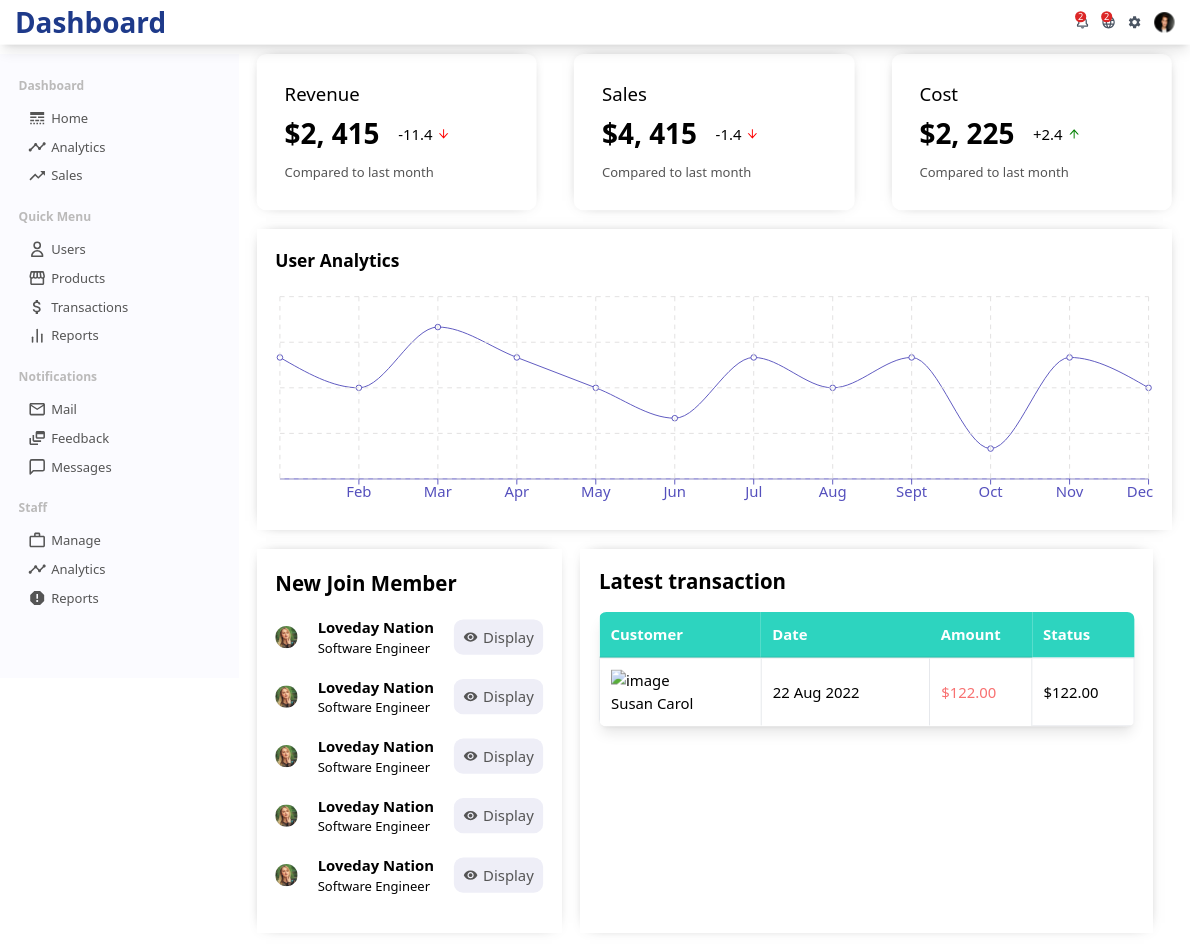
Repository: nation430/React-AdminDashboard
Page: /
These files come from the project's save history. The page is drawn as it stood at one moment and after the next save; the edit follows.
The browser window is 1280 px wide. The pictures show the whole page, at 93% of full size.
The project was rebuilt for these pictures with package versions that can differ from the ones it lists, and the page was loaded fresh each time.

Above is the page before, as saved 2022-08-22 13:59:26.

### public/index.html
<!DOCTYPE html>
<html lang="en">
  <head>
    <meta charset="utf-8" />
    <meta name="viewport" content="width=device-width, initial-scale=1" />
    <meta name="theme-color" content="#000000" />
    <meta
      name="description"
      content="Web site created using create-react-app"
    />
    <link rel="preconnect" href="https://fonts.googleapis.com" />
    <link rel="preconnect" href="https://fonts.gstatic.com" crossorigin />
    <link
      href="https://fonts.googleapis.com/css2?family=Source+Sans+Pro:wght@200;300;400;600;700&display=swap"
      rel="stylesheet"
    />

    <title>React Admin Dashboard</title>
  </head>
  <body>
    <noscript>You need to enable JavaScript to run this app.</noscript>
    <div id="root"></div>
  </body>
</html>

### src/index.css
@tailwind base;
h1 {
  @apply text-2xl;
}
h2 {
  @apply text-xl;
}
h3 {
  @apply text-lg;
}
@tailwind components;
@tailwind utilities;

* {
  margin: 0;
  padding:0;
  box-sizing: border-box;

}

### src/App.js
import Topbar from "./components/topbar/Topbar";
import Sidebar from "./components/sidebar/Sidebar";
import Home from "./pages/home/Home";
import "./app.css";

function App() {
  return (
    <div>
      <Topbar />
      <div className="wrapper flex h-full">
        <Sidebar />
        <Home />
      </div>
    </div>
  );
}

export default App;

### src/components/topbar/Topbar.jsx
import React from "react";
import  "./topbar.css";
import { BiBell } from 'react-icons/bi';
import { MdLanguage, MdSettings  } from "react-icons/md";


export default function Topbar () {
    return(
        <div className="topbar w-full h-12 bg-white sticky top-0 z-50 shadow-lg ">
            <div className="topbarWeapper flex items-center justify-between h-full px-4 py-0">
            <div className="topLeft">
                <span className="logo font-bold text-3xl text-blue-900 cursor-pointer ...">Dashboard</span>
            </div>
            <div className="topRight flex items-center">

                {/* First icon  */}
                <div className="topbarIconsContainer relative cursor-pointer ... ml-3 text-gray-600">
                <BiBell />
                <span className="topIconBadge absolute text-white bg-red-600 right-1 -top-1 flex items-center justify-center rounded-full text-xs h-3 w-3">2</span>
                </div>

                   {/*second icon  */}
                <div className="topbarIconsContainer relative cursor-pointer ... ml-3 text-gray-600">
                <MdLanguage />
                <span className="topIconBadge absolute text-white bg-red-600 right-1 -top-1 flex items-center justify-center rounded-full text-xs h-3 w-3">2</span>
                </div>


                    {/*third icon  */}
                <div className="topbarIconsContainer relative cursor-pointer ... mx-3 text-gray-600">
                < MdSettings  />
                </div>

                <img src="images/img.png" alt="BigCo Inc. logo"  className="topAvater w-6 h-6 rounded-full cursor-pointer ..."/>

            </div>
            </div>
        </div>
    )

}

### src/components/sidebar/Sidebar.jsx
import "./sidebar.css";
import { MdLineStyle, MdOutlineTimeline, MdTrendingUp, MdStorefront, MdAttachMoney, MdOutlineMail, MdDynamicFeed, MdWorkOutline, MdReport} from "react-icons/md";
import { HiOutlineUser} from "react-icons/hi";
import { FiBarChart2, FiMessageSquare} from "react-icons/fi";

export default function sidebar(){
    return(
        <div className="sidebar sticky">
        <div className="sidebarWrapper p-5">
            {/* first sidenavbar */}
            <div className="sidebarMenu mb-2.5">
                <h3 className="sidebarTitle">Dashboard</h3>
                <ul className="sidebarList px-4 py-0">
                    <li className="sidebarListItems flex items-center">
                    <MdLineStyle className="sidebarIcon"/>
                    Home
                    </li>

                    <li className="sidebarListItems flex items-center">
                    <MdOutlineTimeline className="sidebarIcon" />
                    Analytics
                    </li>


                    <li className="sidebarListItems flex items-center">
                    <MdTrendingUp className="sidebarIcon" />
                   Sales
                    </li>
                </ul>
            </div>

            {/* second sidenavbar */}
            <div className="sidebarMenu mb-2.5">
                <h3 className="sidebarTitle">Quick Menu</h3>
                <ul className="sidebarList px-4 py-1">
                    <li className="sidebarListItems flex items-center">
                    <HiOutlineUser className="sidebarIcon" />
                    Users
                    </li>

                    <li className="sidebarListItems flex  items-center" >
                    <MdStorefront className="sidebarIcon" />
                    Products
                    </li>

                    <li className="sidebarListItems flex items-center">
                    <MdAttachMoney className="sidebarIcon" />
                   Transactions
                    </li>


                    <li className="sidebarListItems flex items-center">
                    <FiBarChart2 className="sidebarIcon" />
                   Reports
                    </li>
                </ul>
            </div>

                {/* third sidenavbar */}
                <div className="sidebarMenu mb-2.5">
                <h3 className="sidebarTitle">Notifications</h3>
                <ul className="sidebarList px-4 py-1">
                    <li className="sidebarListItems flex items-center">
                    <MdOutlineMail className="sidebarIcon" />
                    Mail
                    </li>

                    <li className="sidebarListItems flex  items-center" >
                    <MdDynamicFeed className="sidebarIcon" />
                    Feedback
                    </li>

                    <li className="sidebarListItems flex items-center">
                    <FiMessageSquare className="sidebarIcon" />
                   Messages
                    </li>
                </ul>
            </div>

                {/* fourth sidenavbar */}
                <div className="sidebarMenu mb-2.5">
                <h3 className="sidebarTitle">Staff</h3>
                <ul className="sidebarList px-4 py-1">
                    <li className="sidebarListItems flex items-center">
                    <MdWorkOutline className="sidebarIcon" />
                    Manage
                    </li>

                    <li className="sidebarListItems flex  items-center" >
                    <MdOutlineTimeline className="sidebarIcon" />
                    Analytics
                    </li>

                    <li className="sidebarListItems flex items-center">
                    <MdReport className="sidebarIcon" />
                   Reports
                    </li>
                </ul>
            </div>
        </div>
        </div>
    )
}

### src/pages/home/Home.jsx
import "./home.css"
import FeaturedInfo from "../../featuredInfo/featuredInfo"
import Chart from "../../chart/Chart"
import { userData } from "../../dummyData"
import WidgetLg from "../../widgetLg/WidgetLg"
import WidgetSm from "../../widgetSm/WidgetSm"




export default function Home(){
    return (
        <div className="home">
            <FeaturedInfo/>
            <Chart data={userData} dataKey = "Active User" title = "User Analytics" grid/>
            <div className="widget flex m-5">
            <WidgetSm/>
            <WidgetLg/>
            </div>

        </div>
    )
}

### src/app.css

* {
    margin: 0;
    padding:0;
    box-sizing: border-box;

}


h1{
    font-size: 2em ;
    font-weight: bolder;
}

h2{
    font-size: 1.5em ;
    font-weight: bolder;
}

h3{
    font-size: 1.17em ;
    font-weight: bolder;
}

.wrapper{
    margin-top:10px;
}

### src/components/topbar/topbar.css
.text-xs{
    font-size: 10px;
  }

### src/components/sidebar/sidebar.css
.sidebar{
    flex: 1;
    height: calc(100vh - 50px);
    top:50px;
    background:rgb(251, 251, 255);
}

.sidebarWrapper{
    color: #555;
}

.sidebarTitle{
    font-size: 13px;
    color:rgb(187, 186, 186);
}

.sidebarList{
    padding:5px;
    font-size: 14px;;
}


.sidebarListItems {
    padding:5px;
    cursor: pointer;
    border-radius: 10px;
}

.sidebarListItems.active,
.sidebarListItems:hover{
    background:rgb(228, 228, 250);
}

.sidebarIcon{
    margin-right:5px;
    font-size:20px;
}

### src/pages/home/home.css
.home {
    flex:4;

}

### src/featuredInfo/featuredInfo.jsx
import "./featuredInfo.css"
import { AiOutlineArrowDown, AiOutlineArrowUp} from "react-icons/ai";

export default function fearturedInfo(){
    return (
        <div className="featured w-full flex justify-between">
            {/* first feature */}
            <div className="featuredItem">
                <span className="featuredTitle text-xl">Revenue</span>
                <div className="featuredMoneyContainer flex ">
                    <span className="featuredMoney font-semibold text-3xl">$2, 415</span>
                    <span className="featuredMonetRate flex items-center">-11.4
                    <AiOutlineArrowDown className="featuredIcon negative"/>
                    </span>
                </div>
                <span className="featuredSub">Compared to last month</span>
            </div>

            {/* second feature */}
              <div className="featuredItem">
                <span className="featuredTitle text-xl">Sales</span>
                <div className="featuredMoneyContainer flex">
                    <span className="featuredMoney font-semibold text-3xl">$4, 415</span>
                    <span className="featuredMonetRate flex items-center">-1.4
                    <AiOutlineArrowDown className="featuredIcon negative"/>
                    </span>
                </div>
                <span className="featuredSub">Compared to last month</span>
            </div>

            {/* third feature */}
            <div className="featuredItem">
                <span className="featuredTitle text-xl">Cost</span>
                <div className="featuredMoneyContainer flex">
                    <span className="featuredMoney font-semibold text-3xl">$2, 225</span>
                    <span className="featuredMonetRate flex items-center">+2.4
                    <AiOutlineArrowUp className="featuredIcon"/>
                    </span>
                </div>
                <span className="featuredSub">Compared to last month</span>
            </div>
        </div>
    )
}

### src/chart/Chart.jsx
import "./chart.css"
import { LineChart, Line, XAxis, CartesianGrid, Tooltip, ResponsiveContainer } from 'recharts';

export default function Chart({title, data, dataKey, grid}){

    return(
        <div className="chart p-5 m-5">
            <h3 className="chartfile mb-5">{title}</h3>
            <ResponsiveContainer width="100%" aspect={4 / 1}>
        <LineChart data={data}>
          <XAxis dataKey="name" stroke="#5550bd" />
          <Line type="monotone" dataKey={dataKey} stroke="#5550bd" />
          <Tooltip />
     {  grid && <CartesianGrid strokeDasharray="5 5" stroke="#e0dfdf" />}
        </LineChart>
      </ResponsiveContainer>
        </div>
    )
}

### src/dummyData.js
export const userData = [
  {
    name: "Jan",
    "Active User": 4000,
  },
  {
    name: "Feb",
    "Active User": 3000,
  },
  {
    name: "Mar",
    "Active User": 5000,
  },
  {
    name: "Apr",
    "Active User": 4000,
  },
  {
    name: "May",
    "Active User": 3000,
  },
  {
    name: "Jun",
    "Active User": 2000,
  },
  {
    name: "Jul",
    "Active User": 4000,
  },
  {
    name: "Aug",
    "Active User": 3000,
  },
  {
    name: "Sept",
    "Active User": 4000,
  },
  {
    name: "Oct",
    "Active User": 1000,
  },
  {
    name: "Nov",
    "Active User": 4000,
  },
  {
    name: "Dec",
    "Active User": 3000,
  },
];

### src/widgetLg/WidgetLg.jsx
import "./widgetLg.css"

export default function widgetLg(){
    return(
        <div className="widgetLg p-5 mr-5">
            <h3 className="widgetLgTitle font-semibold">Latest transaction</h3>
            <div className="container">
            <table class="w-full flex flex-row flex-no-wrap sm:bg-white rounded-lg overflow-hidden sm:shadow-lg my-5">
			<thead class="text-white">
				<tr class="bg-teal-400 flex flex-col flex-no wrap sm:table-row rounded-l-lg sm:rounded-none mb-2 sm:mb-0">
					<th class="p-3 text-left">Customer</th>
					<th class="p-3 text-left">Date</th>
					<th class="p-3 text-left" width="110px">Amount</th>
                    <th class="p-3 text-left" width="110px">Status</th>
				</tr>
				<tr class="bg-teal-400 flex flex-col flex-no wrap sm:table-row rounded-l-lg sm:rounded-none mb-2 sm:mb-0">
					<th class="p-3 text-left">Customer</th>
					<th class="p-3 text-left">Date</th>
					<th class="p-3 text-left" width="110px">Amount</th>
                    <th class="p-3 text-left" width="110px">Status</th>
				</tr>
                <tr class="bg-teal-400 flex flex-col flex-no wrap sm:table-row rounded-l-lg sm:rounded-none mb-2 sm:mb-0">
					<th class="p-3 text-left">Customer</th>
					<th class="p-3 text-left">Date</th>
					<th class="p-3 text-left" width="110px">Amount</th>
                    <th class="p-3 text-left" width="110px">Status</th>
				</tr>
                <tr class="bg-teal-400 flex flex-col flex-no wrap sm:table-row rounded-l-lg sm:rounded-none mb-2 sm:mb-0">
					<th class="p-3 text-left">Customer</th>
					<th class="p-3 text-left">Date</th>
					<th class="p-3 text-left" width="110px">Amount</th>
                    <th class="p-3 text-left" width="110px">Status</th>
				</tr>
            	<tr class="bg-teal-400 flex flex-col flex-no wrap sm:table-row rounded-l-lg sm:rounded-none mb-2 sm:mb-0">
					<th class="p-3 text-left">Customer</th>
					<th class="p-3 text-left">Date</th>
					<th class="p-3 text-left" width="110px">Amount</th>
                    <th class="p-3 text-left" width="110px">Status</th>
				</tr>
			</thead>
			<tbody class="flex-1 sm:flex-none">
				<tr class="flex flex-col flex-no wrap sm:table-row mb-2 sm:mb-0">
					<td class="widgetLgUser border-grey-light border hover:bg-gray-100 p-3">
                        <img src="" alt="image" className="wiggetLgImg" />
                        <span className="widgetLgName">Susan Carol</span>
                    </td>
					<td class="widgetLgDate border-grey-light border hover:bg-gray-100 p-3 truncate">22 Aug 2022</td>
					<td class="widgetLgAmount border-grey-light border hover:bg-gray-100 p-3 text-red-400 hover:text-red-600 hover:font-medium cursor-pointer">$122.00</td>
                    <td class="widgetLgStatus border-grey-light border  p-3 cursor-pointer">$122.00</td>
				</tr>
			</tbody>
		</table>
            </div>

        </div>
    )
}

### src/widgetSm/WidgetSm.jsx
import "./widgetSm.css"
import {MdVisibility  } from "react-icons/md";

export default function widgetSm(){
    return(
        <div className="widgetSm p-5 mr-5">
            <span className="widgetSmTitle font-semibold">New Join Member</span>
            <ul className="widgetSmList m-0 p-0">
                <li className="widgetSmListItem flex items-center justify-between">
                <img src="images/member1.jpg" alt="MemberImg"  className="memberAvater w-6 h-6 rounded-full object-cover"/>
                <div className="widegetSmUser flex flex-col	">
                <span className="widgetSmUsername font-semibold">Loveday Nation</span>
                 <span className="widgetSmUserTitle font-light text-sm">Software Engineer</span>
                </div>
                <button type="button" className="widgetSmButton flex items-center border-none">
               <MdVisibility className="widgetSmIcon text-base"/>
               Display
                </button>
                </li>
            </ul>

            {/* second member */}
            <ul className="widgetSmList m-0 p-0">
                <li className="widgetSmListItem flex items-center justify-between">
                <img src="images/member1.jpg" alt="MemberImg"  className="memberAvater w-6 h-6 rounded-full object-cover"/>
                <div className="widegetSmUser flex flex-col	">
                <span className="widgetSmUsername font-semibold">Loveday Nation</span>
                 <span className="widgetSmUserTitle font-light text-sm">Software Engineer</span>
                </div>
                <button type="button" className="widgetSmButton flex items-center border-none">
               <MdVisibility className="widgetSmIcon text-base"/>
               Display
                </button>
                </li>
            </ul>

            {/* third member */}
            <ul className="widgetSmList m-0 p-0">
                <li className="widgetSmListItem flex items-center justify-between">
                <img src="images/member1.jpg" alt="MemberImg"  className="memberAvater w-6 h-6 rounded-full object-cover"/>
                <div className="widegetSmUser flex flex-col	">
                <span className="widgetSmUsername font-semibold">Loveday Nation</span>
                 <span className="widgetSmUserTitle font-light text-sm">Software Engineer</span>
                </div>
                <button type="button" className="widgetSmButton flex items-center border-none">
               <MdVisibility className="widgetSmIcon text-base"/>
               Display
                </button>
                </li>
            </ul>


            {/* fourth member */}

            <ul className="widgetSmList m-0 p-0">
                <li className="widgetSmListItem flex items-center justify-between">
                <img src="images/member1.jpg" alt="MemberImg"  className="memberAvater w-6 h-6 rounded-full object-cover"/>
                <div className="widegetSmUser flex flex-col	">
                <span className="widgetSmUsername font-semibold">Loveday Nation</span>
                 <span className="widgetSmUserTitle font-light text-sm">Software Engineer</span>
                </div>
                <button type="button" className="widgetSmButton flex items-center border-none">
               <MdVisibility className="widgetSmIcon text-base"/>
               Display
                </button>
                </li>
            </ul>


            {/* fifth member */}

            <ul className="widgetSmList m-0 p-0">
                <li className="widgetSmListItem flex items-center justify-between">
                <img src="images/member1.jpg" alt="MemberImg"  className="memberAvater w-6 h-6 rounded-full object-cover"/>
                <div className="widegetSmUser flex flex-col	">
                <span className="widgetSmUsername font-semibold">Loveday Nation</span>
                 <span className="widgetSmUserTitle font-light text-sm">Software Engineer</span>
                </div>
                <button type="button" className="widgetSmButton flex items-center border-none">
               <MdVisibility className="widgetSmIcon text-base"/>
               Display
                </button>
                </li>
            </ul>
        </div>
    )
}

### src/featuredInfo/featuredInfo.css
.featuredItem{
    flex: 1;
    margin:0px 20px;
    padding:30px;
    border-radius: 10px;
    cursor: pointer;
    box-shadow: 0px 0px 15px -10px rgba(0,0,0,0.75);
-webkit-box-shadow:0px 0px 15px -10px rgba(0,0,0,0.75);
-moz-box-shadow: 0px 0px 15px -10px rgba(0,0,0,0.75);
}

.featuredMoneyContainer{
    margin:10px 0px;
}

.featuredMonetRate{
    margin-left: 20px;

}

.featuredIcon{
    font-size: 14px;
    margin-left:5px;
    color:green;
}

.featuredIcon.negative{
    color:red;
}


.featuredSub{
    font-size: 14px;
    color:#555;
}

### src/chart/chart.css
.chart{
    box-shadow: 0px 0px 15px -10px rgba(0,0,0,0.75);
    -webkit-box-shadow:0px 0px 15px -10px rgba(0,0,0,0.75);
    -moz-box-shadow: 0px 0px 15px -10px rgba(0,0,0,0.75);
}

### src/widgetLg/widgetLg.css
.widgetLg{
    flex: 2;
    box-shadow: 0px 0px 15px -10px rgba(0,0,0,0.75);
    -webkit-box-shadow:0px 0px 15px -10px rgba(0,0,0,0.75);
    -moz-box-shadow: 0px 0px 15px -10px rgba(0,0,0,0.75);

}

.widgetLgTitle {
    font-size: 22px;
}





/* table responsiveness */
@media (min-width: 640px) {
    table {
      display: inline-table !important;
    }

    thead tr:not(:first-child) {
      display: none;
    }
  }

  td:not(:last-child) {
    border-bottom: 0;
  }

  th:not(:last-child) {
    border-bottom: 2px solid rgba(0, 0, 0, .1);
  }

### src/widgetSm/widgetSm.css
.widgetSm{
    flex: 1;
    box-shadow: 0px 0px 15px -10px rgba(0,0,0,0.75);
    -webkit-box-shadow:0px 0px 15px -10px rgba(0,0,0,0.75);
    -moz-box-shadow: 0px 0px 15px -10px rgba(36, 19, 19, 0.75);
}

.widgetSmTitle{
    font-size: 22px;
}

.widgetSmListItem{
    margin: 20px 0px;
}

.widgetSmButton{
    padding:7px 10px;
    background: #eeeef7;
    color:#555;
    border-radius: 10px;
}

.widgetSmIcon {
    margin-right: 5px;
}

Loaded but not shown: src/index.js (common file); tailwind.config.js (common file)

After the next save:
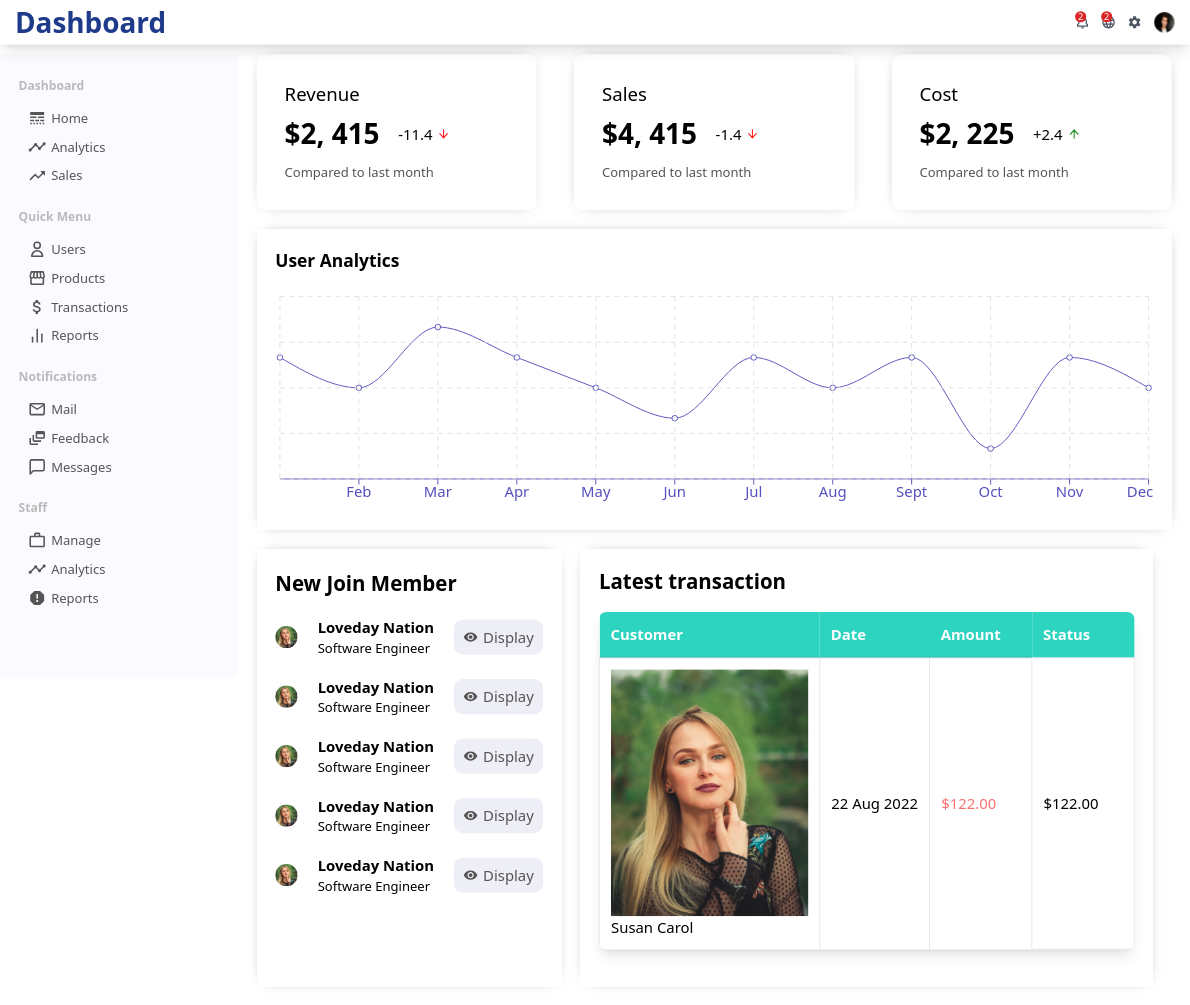
Saved 51 s later.
--- a/src/widgetLg/WidgetLg.jsx
+++ b/src/widgetLg/WidgetLg.jsx
@@ -41,7 +41,7 @@ export default function widgetLg(){
 			<tbody class="flex-1 sm:flex-none">
 				<tr class="flex flex-col flex-no wrap sm:table-row mb-2 sm:mb-0">
 					<td class="widgetLgUser border-grey-light border hover:bg-gray-100 p-3">
-                        <img src="" alt="image" className="wiggetLgImg" />
+                        <img src="images/member1.jpg" alt="image" className="wiggetLgImg" />
                         <span className="widgetLgName">Susan Carol</span>
                     </td>
 					<td class="widgetLgDate border-grey-light border hover:bg-gray-100 p-3 truncate">22 Aug 2022</td>
